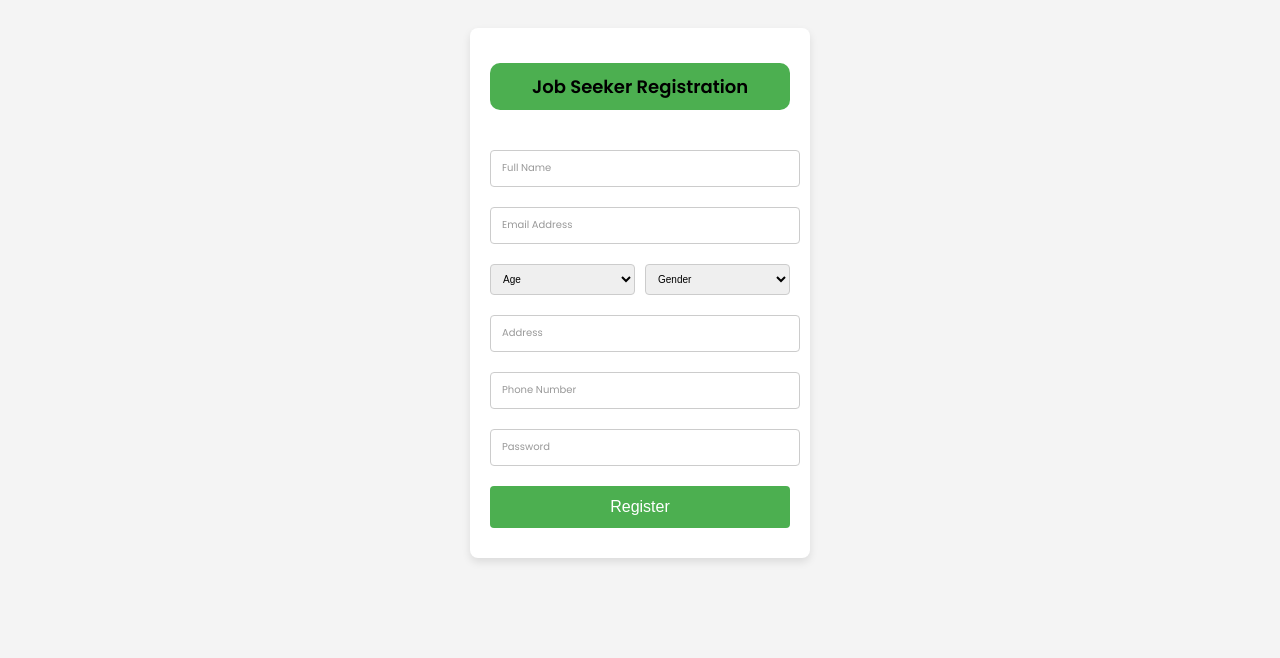
Repository: parthsabhani/Job_Portal_JSP_Servlet
Page: http://localhost/Job_Portal/jobSeekerRegistration.jsp
These files come from the project's save history. The page is drawn as it stood at one moment and after the next save; the edit follows.
The browser window is 1280 px wide. The pictures show the whole page.
The page is served by Tomcat 10.

Above is the page before, as saved 2025-04-22 09:05:32.

After the next save:
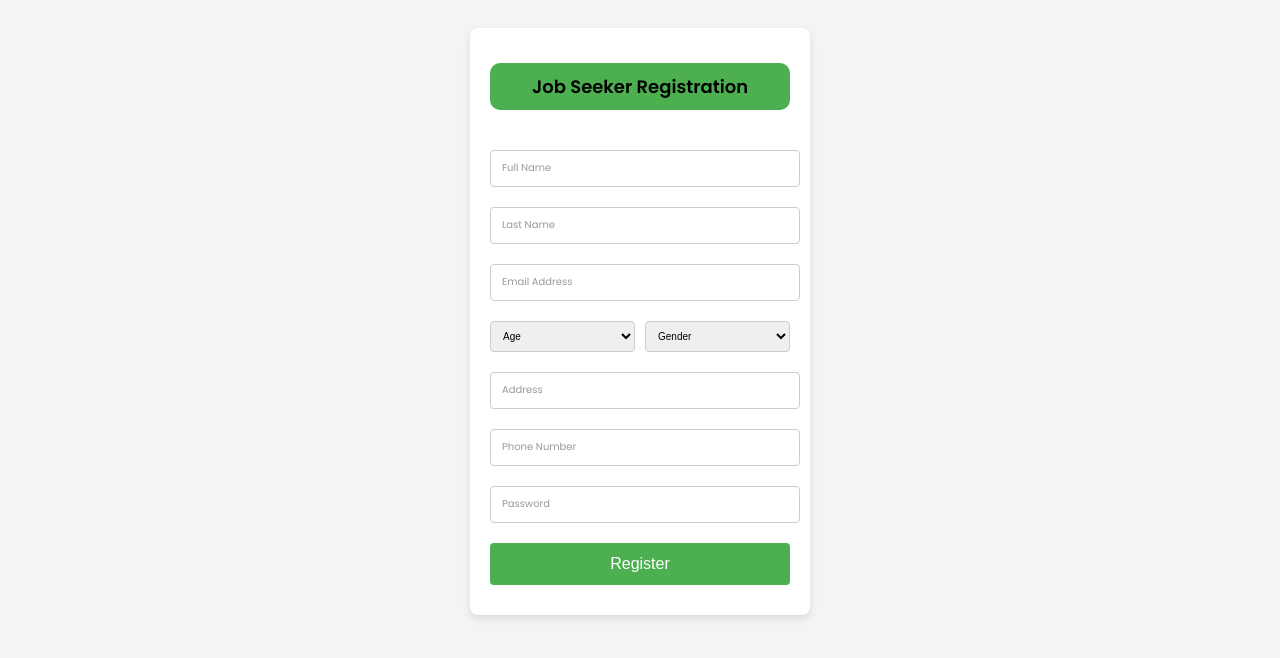
Saved 8 s later.
--- a/Job_Portal/src/main/webapp/jobSeekerRegistration.jsp
+++ b/Job_Portal/src/main/webapp/jobSeekerRegistration.jsp
@@ -125,6 +125,12 @@ label {
 			<div class="input-container">
 				<input type="text" id="fullName" name="fullName" placeholder=" "
 					required> <label for="fullName">Full Name</label>
+			</div>
+
+			<!-- Last Name Field -->
+			<div class="input-container">
+				<input type="text" id="lastName" name="lastName" placeholder=" "
+					required> <label for="lastName">Last Name</label>
 			</div>
 
 			<!-- Email Field -->
